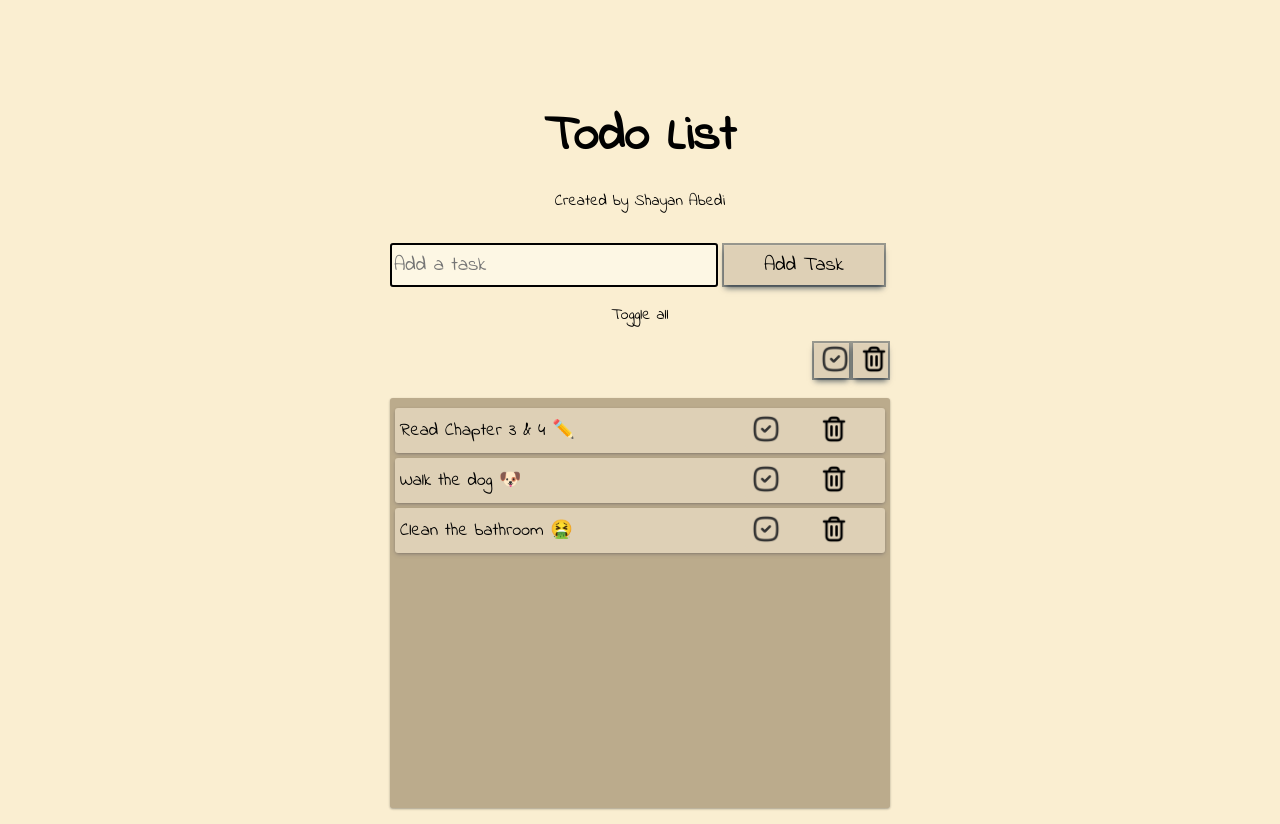
Repository: shayanabedi98/todo-list
Page: /
The author's editor kept a copy of each file at every save. The page is drawn from the files as they stood at one save, then again after the next save.
The browser window is 1280 px wide. The pictures show the whole page.
The project was rebuilt for these pictures with package versions that can differ from the ones it lists, and the page was loaded fresh each time. Also part of the build but not shown: vite.config.js.

Above is the page before, as saved 2023-12-30 17:14:09.

### index.html
<!doctype html>
<html lang="en">
  <head>
    <meta charset="UTF-8" />
    <link rel="icon" type="image/svg+xml" href="./src/assets/pencil-svgrepo-com.png" />
    <meta name="viewport" content="width=device-width, initial-scale=1.0" />
    <link rel="preconnect" href="https://fonts.googleapis.com">
    <link rel="preconnect" href="https://fonts.gstatic.com" crossorigin>
    <link href="https://fonts.googleapis.com/css2?family=Indie+Flower&display=swap" rel="stylesheet">
    <title>Todo List</title>
  </head>
  <body>
    <div id="root"></div>
    <script type="module" src="/src/main.jsx"></script>
  </body>
</html>

### src/App.jsx
import { useState } from "react";
import { v4 as uuid } from "uuid";
import TodoList from "./TodoList";
import CreateTask from "./CreateTask";
import AffectAll from "./AffectAll";

function App() {
  const [list, setList] = useState([
    { id: uuid(), text: "Read Chapter 3 & 4 ✏️", completed: false },
    { id: uuid(), text: "Walk the dog 🐶", completed: false },
    { id: uuid(), text: "Clean the bathroom 🤮", completed: false },
  ]);
  const [input, setInput] = useState("");

  const addTask = () => {
    if (input.trim() !== "") {
      setList([...list, { id: uuid(), text: input, completed: false }]);
      setInput("");
    }
  };

  const handleChange = (event) => {
    setInput(event.target.value);
  };

  const handleDelete = (taskID) => {
    const newList = list.filter((task) => {
      return task.id !== taskID;
    });
    setList(newList);
  };

  const handleComplete = (taskID) => {
    const newList = list.map((task) => {
      if (task.id === taskID) {
        return { ...task, completed: !task.completed };
      } else {
        return task;
      }
    });
    setList(newList);
  };

  const clearAll = () => {
    setList([]);
  };

  const completeAll = () => {
    const isItCompleted = list.some((task) => !task.completed);
    const newList = list.map((task) => ({ ...task, completed: isItCompleted }));
    setList(newList)
  };

  return (
    <>
      <h1>Todo List</h1>
      <p>Created by Shayan Abedi</p>
      <CreateTask handleChange={handleChange} input={input} addTask={addTask} />
      <AffectAll clearAll={clearAll} completeAll={completeAll} />
      <TodoList
        list={list}
        handleDelete={handleDelete}
        handleComplete={handleComplete}
      />
    </>
  );
}

export default App;

### src/index.css
body {
  background-color: #FAEED1;
  font-family: 'Indie Flower', cursive;
}

h1 {
  font-size: 50px;
  margin-top: 100px;
  margin-bottom: 0;
  text-align: center;
}

.create-task {
  display: grid;
  place-items: center;
  align-content: center;
  grid-template-columns: 1fr 1fr;
  margin: 30px auto 0 auto;
}

.create-task input {
  background-color: #FDF7E4;
  border: 2px solid black;
  border-radius: 3px;
  font-size: 20px;
  height: 38px;
  width: 320px;
  font-family: 'Indie Flower', cursive;
}

.create-task button {
  background-color: #DED0B6;
  border: none;
  font-family: 'Indie Flower', cursive;
  height: 40px;
  width: 160px;
  font-size: 20px;
  box-shadow: rgba(6, 24, 44, 0.4) 0px 0px 0px 2px, rgba(6, 24, 44, 0.65) 0px 4px 6px -1px, rgba(255, 255, 255, 0.08) 0px 1px 0px inset;
  cursor: pointer;
}

.affect-all {
  text-align: end;
}

.affect-all button {
  background-color: #DED0B6;
  border: none;
  font-family: 'Indie Flower', cursive;
  height: 35px;
  width: 35px;
  margin: auto 2px;
  box-shadow: rgba(6, 24, 44, 0.4) 0px 0px 0px 2px, rgba(6, 24, 44, 0.65) 0px 4px 6px -1px, rgba(255, 255, 255, 0.08) 0px 1px 0px inset;
  cursor: pointer;
}

.list ul {
 padding: 5px;
 box-shadow: rgba(0, 0, 0, 0.12) 0px 1px 3px, rgba(0, 0, 0, 0.24) 0px 1px 2px;
  border-radius: 3px;
  background-color: #BBAB8C;
  min-height: 400px;
}

.list li {
  list-style: none;
  display: grid;
  grid-template-columns: 1fr 0.2fr 0.2fr;
  background-color: #DED0B6;
  margin-top: 5px;
  margin-bottom: 5px;
  padding: 5px;
  box-shadow: rgba(50, 50, 93, 0.25) 0px 2px 5px -1px, rgba(0, 0, 0, 0.3) 0px 1px 3px -1px;
  border-radius: 3px;
  font-size: 18px;
  align-items: center;
}

p, h1, .create-task, .list, .affect-all {
  width: 500px;
  margin-left: auto;
  margin-right: auto;
}

.list button {
  background-color: #DED0B6;
  height: 35px;
  width: 35px;
  margin: auto 2px;
  cursor: pointer;
  border: none;
  border-radius: 3px;
}

.list img, .affect-all img {
  height: 30px;
}

p {
  text-align: center;
}

### src/TodoList.jsx
import React from "react";
import trash from "./assets/trash.png";
import check from "./assets/check.png";

const TodoList = ({ handleComplete, handleDelete, list }) => {
  const completedStyle = (condition) => {
    return condition
      ? {
          color: "grey",
          textDecoration: "line-through",
        }
      : {};
  };

  return (
    <div className="list">
      <ul>
        {list.map((task) => {
          return (
            <li key={task.id}>
              <span style={completedStyle(task.completed)}>{task.text}</span>
              <button id="complete" onClick={() => handleComplete(task.id)}>
                <img src={check} alt="checkmark button"/>
              </button>
              <button id="delete" onClick={() => handleDelete(task.id)}>
                <img src={trash} alt="delete button"/>
              </button>
            </li>
          );
        })}
      </ul>
    </div>
  );
};

export default TodoList;

### src/CreateTask.jsx
import React from "react";

const CreateTask = ({input, addTask, handleChange}) => {
  return (
    <div className="create-task">
      <input
        onKeyDown={(e) => e.key === 'Enter' && addTask()}
        placeholder="Add a task"
        type="text"
        onChange={handleChange}
        value={input}
      />
      <button onClick={addTask}>Add Task</button>
    </div>
  );
};

export default CreateTask;

### src/AffectAll.jsx
import React from "react";
import trash from "./assets/trash.png";
import check from "./assets/check.png";

const AffectAll = ({ clearAll, completeAll }) => {
  return (
    <div className="affect-all">
      <div>
        <p>Toggle all</p>
      </div>
      <div>
        <button onClick={completeAll}>
          <img src={check} alt="" />
        </button>
        <button onClick={clearAll}>
          <img src={trash} alt="" />
        </button>
      </div>
    </div>
  );
};

export default AffectAll;

Loaded but not shown: src/main.jsx (common file)

After the next save:
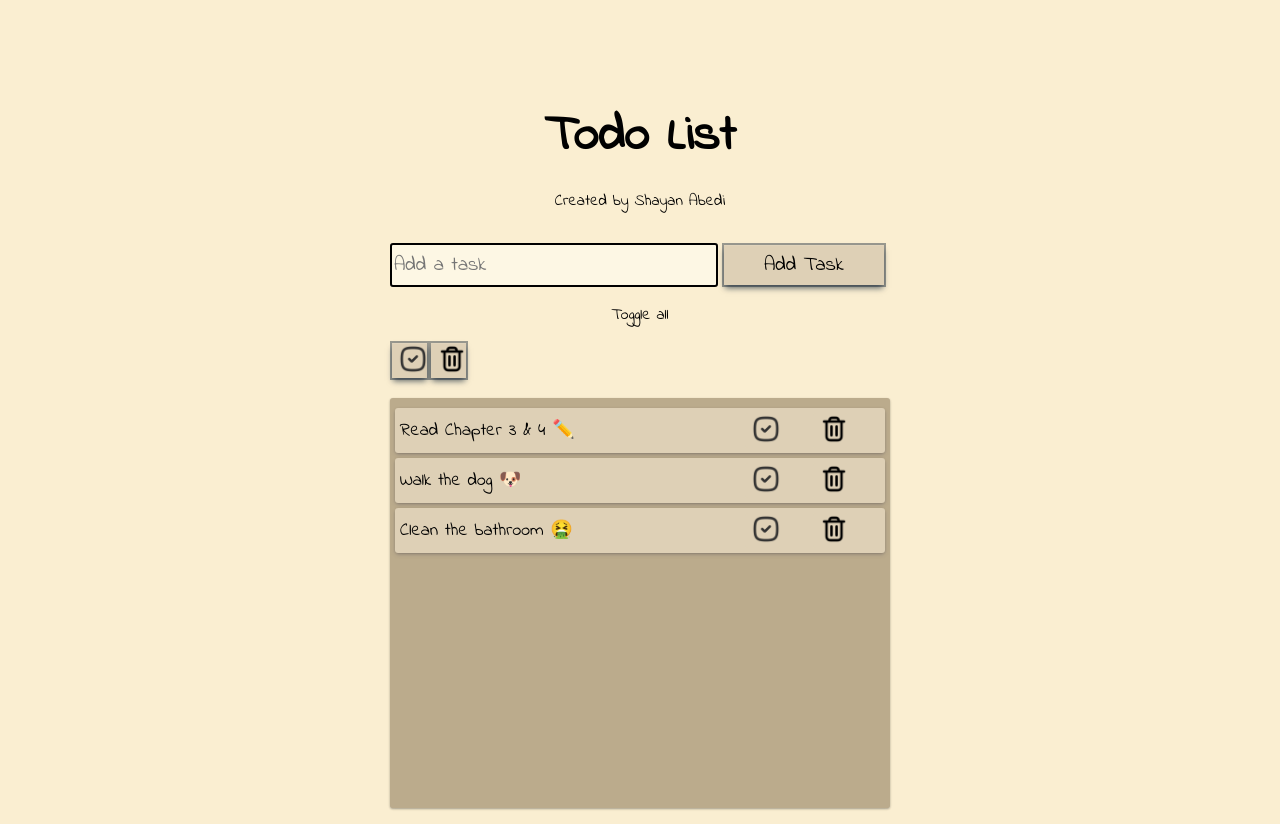
Saved 12 s later.
--- a/src/index.css
+++ b/src/index.css
@@ -40,7 +40,7 @@ h1 {
 }
 
 .affect-all {
-  text-align: end;
+  display: grid;
 }
 
 .affect-all button {
